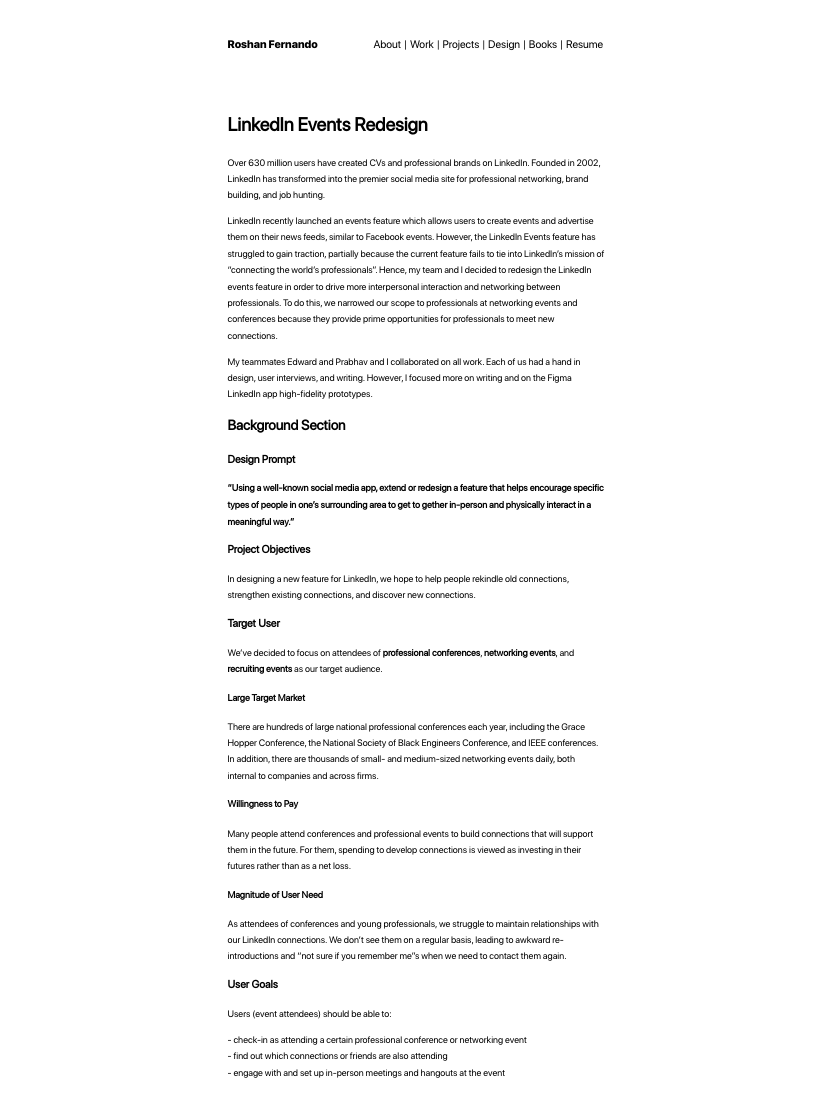
Repository: rdf004/rdf004.github.io
Page: /case1
An editor plug-in stored every save of this project. The page is shown before and after the next save, followed by the edit.
The browser window is 1280 px wide. The pictures show the whole page, at 65% of full size.
The project was rebuilt for these pictures with package versions that can differ from the ones it lists, and the page was loaded fresh each time. Also part of the build but not shown: src/Components/About.js, src/Components/Work.js, src/Components/Projects.js, src/Components/Design.js, src/Components/Books.js, src/Components/Resume.js.

Above is the page before, as saved 2019-11-20 21:09:51.

After the next save:
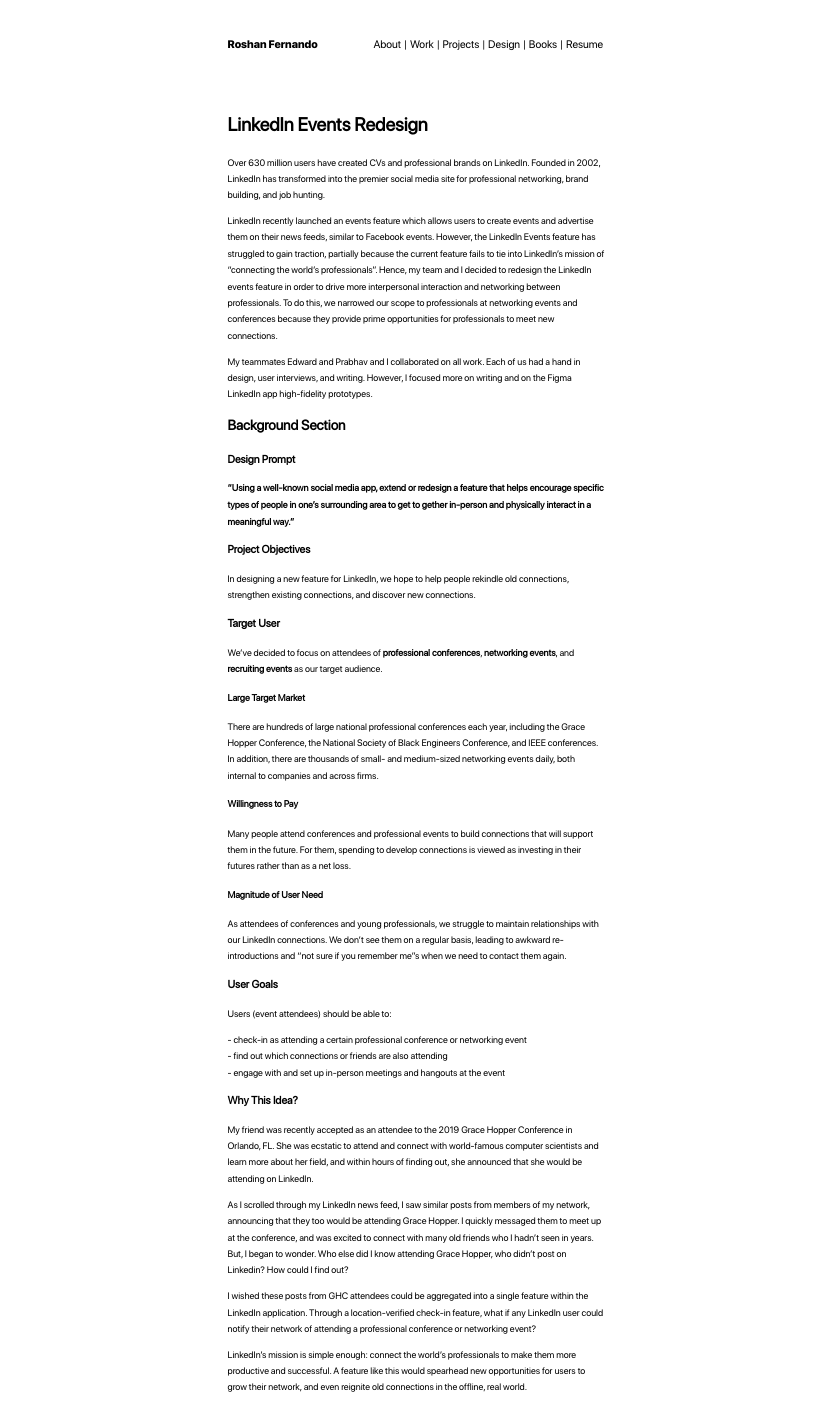
Saved 90 s later.
--- a/src/Components/Case1.js
+++ b/src/Components/Case1.js
@@ -34,6 +34,11 @@
                     - check-in as attending a certain professional conference or networking event<br/>
                     - find out which connections or friends are also attending<br/>
                     - engage with and set up in-person meetings and hangouts at the event<br/>
+                    <h3>Why This Idea?</h3>
+                    <p>My friend was recently accepted as an attendee to the 2019 Grace Hopper Conference in Orlando, FL. She was ecstatic to attend and connect with world-famous computer scientists and learn more about her field, and within hours of finding out, she announced that she would be attending on LinkedIn.</p>
+                    <p>As I scrolled through my LinkedIn news feed, I saw similar posts from members of my network, announcing that they too would be attending Grace Hopper. I quickly messaged them to meet up at the conference, and was excited to connect with many old friends who I hadn’t seen in years. But, I began to wonder. Who else did I know attending Grace Hopper, who didn’t post on Linkedin? How could I find out?</p>
+                    <p>I wished these posts from GHC attendees could be aggregated into a single feature within the LinkedIn application. Through a location-verified check-in feature, what if any LinkedIn user could notify their network of attending a professional conference or networking event?</p>
+                    <p>LinkedIn’s mission is simple enough: connect the world’s professionals to make them more productive and successful. A feature like this would spearhead new opportunities for users to grow their network, and even reignite old connections in the offline, real world. </p>
                 </p>
             </div>
 
